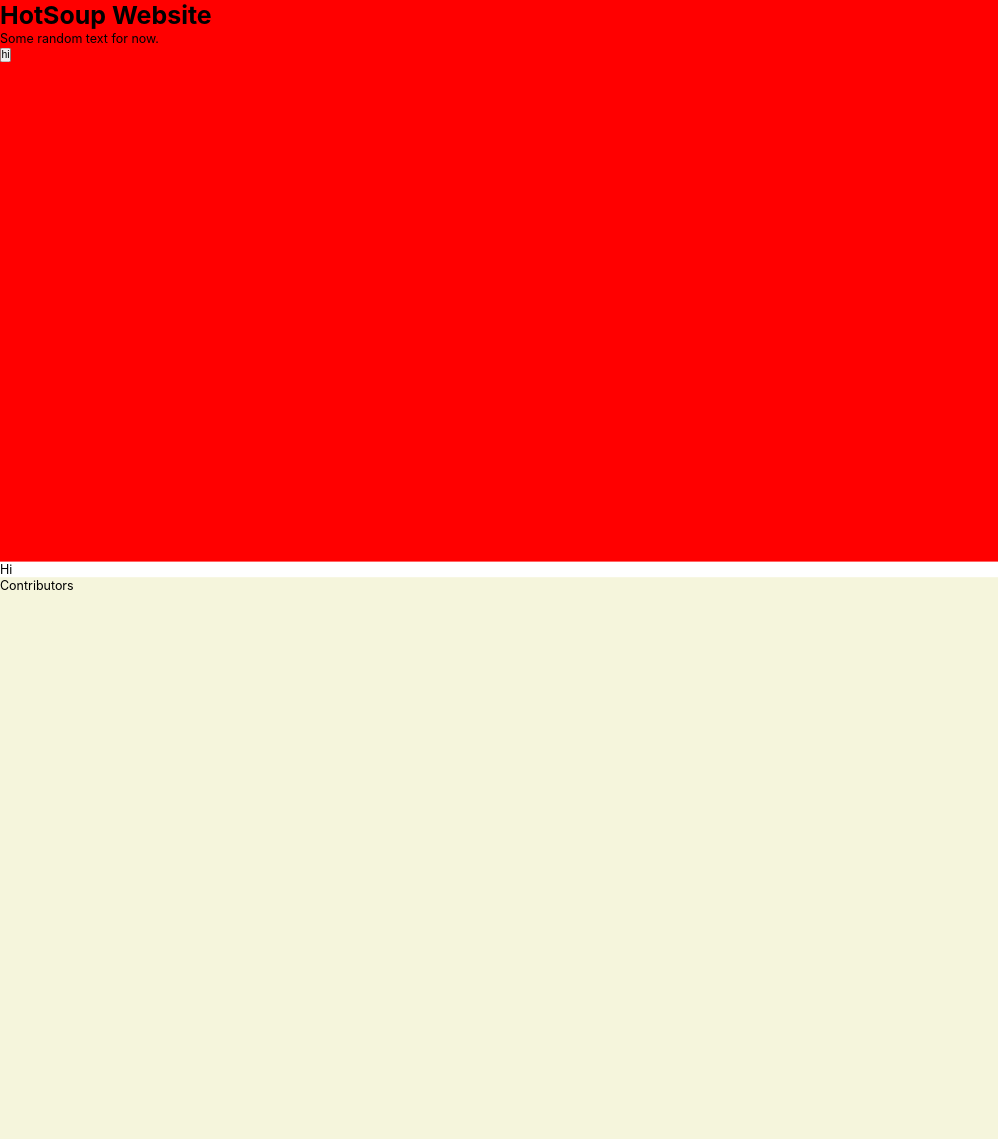
Repository: jasminepvo/WebApp-FrontEnd
Page: / (app in web-app/)
These files come from the project's save history. The page is drawn as it stood at one moment and after a run of saves; the edit follows.
The browser window is 1280 px wide. The pictures show the whole page, at 78% of full size.
The project was rebuilt for these pictures with package versions that can differ from the ones it lists, and the page was loaded fresh each time. Also part of the build but not shown: web-app/src/App.css.

Above is the page before, as saved 2022-08-23 11:26:12.

### web-app/src/App.js
import About from './Components/About';
import Contributors from './Components/Contributors';
import './App.css';

function App() {
  return (
  <>
   <About/>
   <Contributors/>
  </>
  );
}

export default App;

### web-app/src/Components/About.js
import React from 'react';
import '../Styles/About.css';

// this is function to console log hello
const sayHello = () => {
    console.log('hello')
}

const About = () => {
    return (
    <>
    <div className = 'body'>
        <h1>HotSoup Website</h1>
        <p> Some random text for now. </p>
        <button onClick={sayHello}> hi </button>
    </div>
    </>
    )
}

export default About;

### web-app/src/Components/Contributors.js
import React from 'react';
import '../Styles/Contributors.css';

const Contributors = () => {
  return (
<>
    <header> Hi </header>
    <div className='con-body'>Contributors</div>
</>
  )
}
export default Contributors;

### web-app/src/Styles/About.css
*{
    box-sizing: border-box;
    margin: 0;
    padding: 0;
}
.body{
    height: 100vh;
    background-color: red;
}

### web-app/src/Styles/Contributors.css
.con-body{
    background-color: beige;
    height: 100vh;
}

### web-app/src/Components/Header.js
import React from 'react';
import '../Styles/Header.css';


const Header = () => {
    return (
        <>
    <header>
        <nav>
            <ul>
                <li> Hot dog menu </li>
                </ul>
                </nav>
                </header>
        </>
    )
}

### web-app/src/Styles/Header.css
header{
    background-color: white;
    height: 3rem;

}
nav ul {
    display: flex;
    flex-direction: row;
    justify-content: center;
    align-items: center;
}
nav ul li{
    color: black;
}

Loaded but not shown: web-app/public/index.html (common file); web-app/src/index.js (common file); web-app/src/index.css (common file); web-app/src/reportWebVitals.js (common file)

After the next 6 saves:
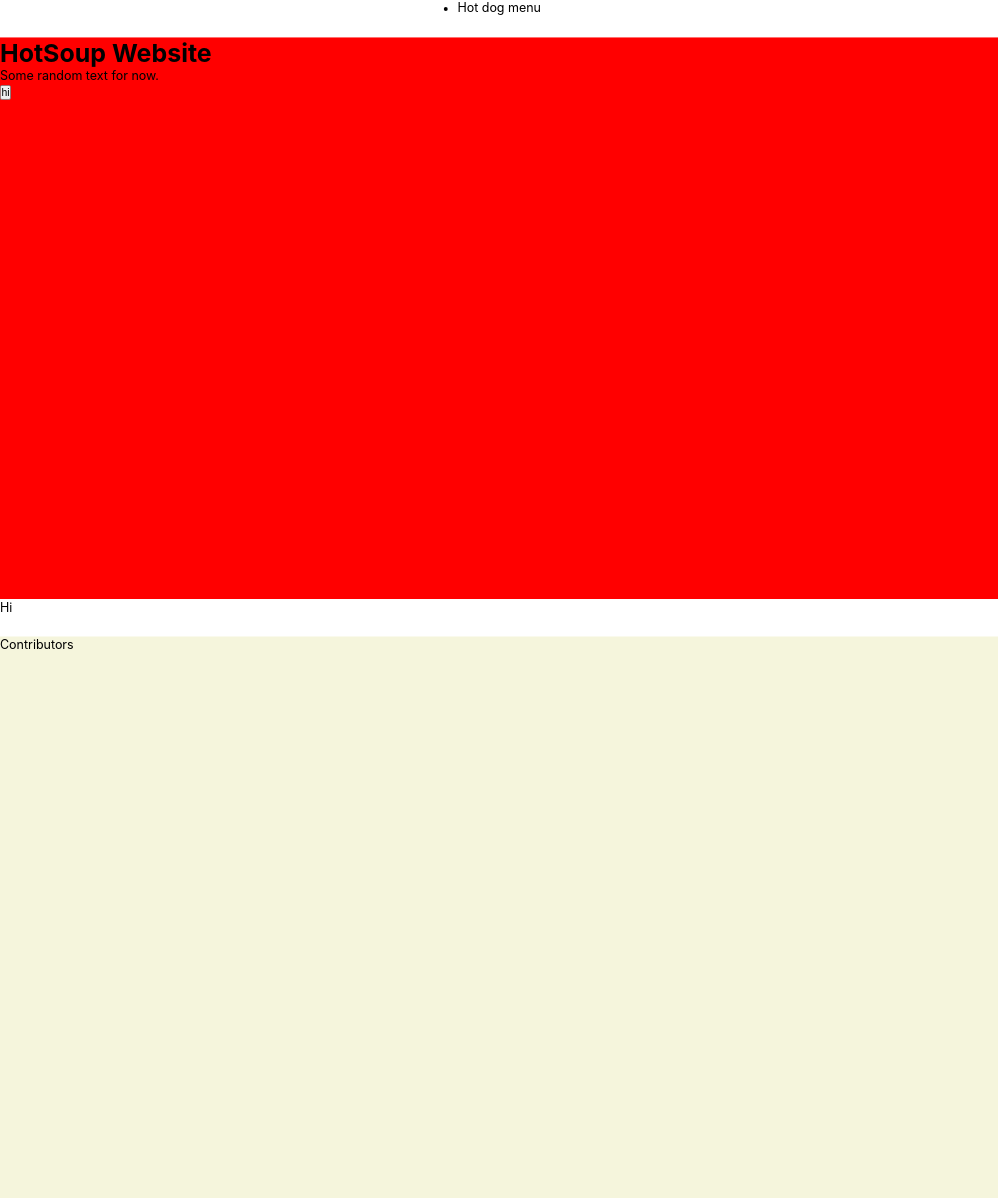
The 6 saves are shown as one change because 3 did not build or start and some came seconds apart.
The last was saved 45 s later.
--- a/web-app/src/App.js
+++ b/web-app/src/App.js
@@ -1,10 +1,12 @@
 import About from './Components/About';
 import Contributors from './Components/Contributors';
+import Header from './Components/Header';
 import './App.css';
 
 function App() {
   return (
   <>
+  <Header/>
    <About/>
    <Contributors/>
   </>
--- a/web-app/src/Components/Header.js
+++ b/web-app/src/Components/Header.js
@@ -15,3 +15,4 @@ const Header = () => {
         </>
     )
 }
+export default Header;
